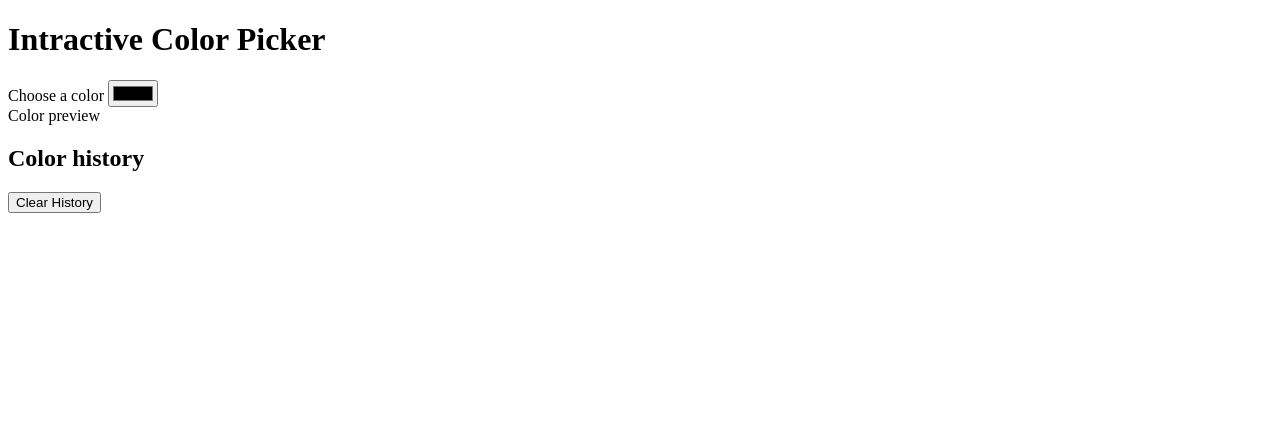
Repository: jamalissef-glitch/exercise1-JS
Page: Exeercise37/index.html
An editor plug-in stored every save of this project. The page is shown before and after the next save, followed by the edit.
The browser window is 1280 px wide. The pictures show the whole page.

Above is the page before, as saved 2026-07-15 17:19:36.

After the next save:
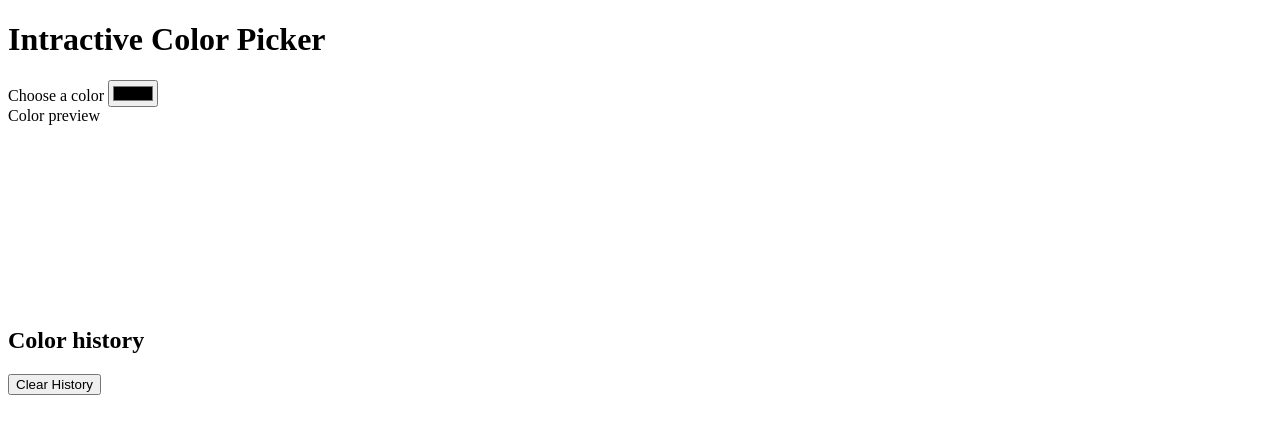
Saved 7 s later.
--- a/Exeercise37/index.html
+++ b/Exeercise37/index.html
@@ -9,6 +9,7 @@
 <style>
  #colorPreview {
   width: 200px;
+  height: 200px;
  }
 </style>
 
